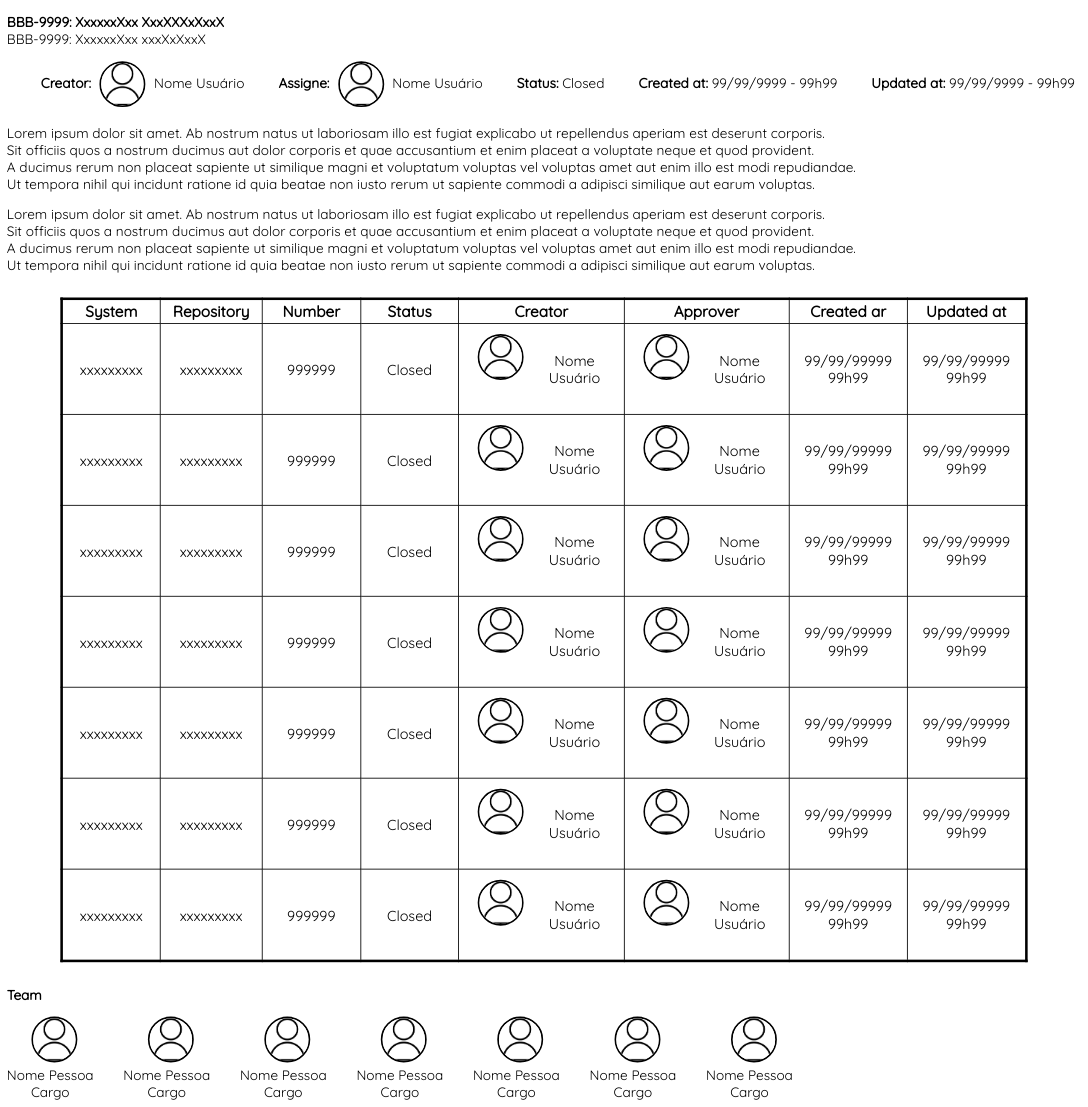
Repository: AnaBerlanda/PaginaFer
Page: index.html
The author's editor kept a copy of each file at every save. The page is drawn from the files as they stood at one save, then again after the next save.
The browser window is 1280 px wide. The pictures show the whole page, at 85% of full size.
Some web fonts or font styles are not loaded; a fallback is used.

Above is the page before, as saved 2022-05-24 14:37:20.

After the next save:
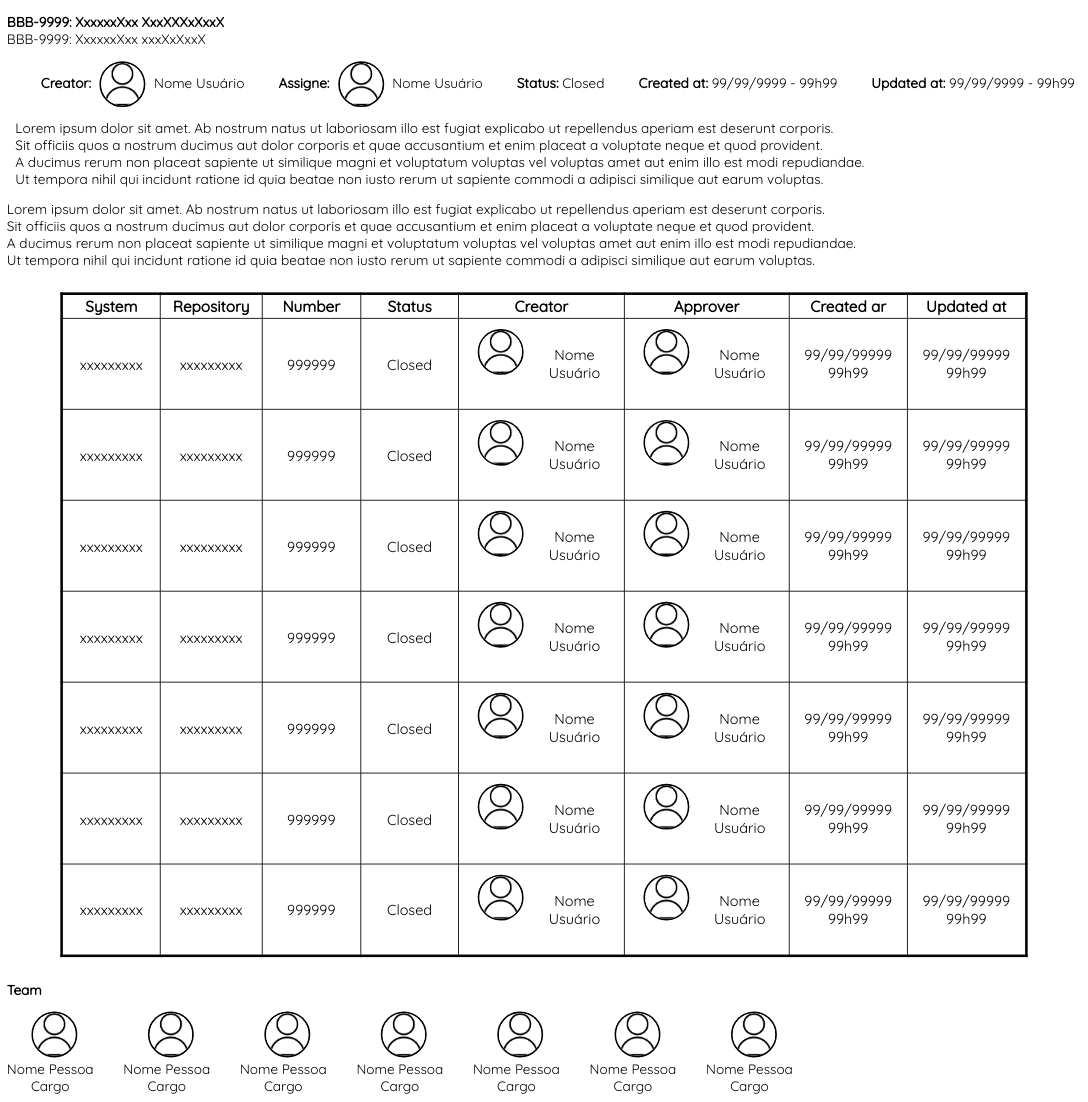
Saved 5 min 31 s later.
--- a/index.html
+++ b/index.html
@@ -41,7 +41,7 @@
             <p class="sub-titulos"><strong>Updated at:</strong> 99/99/9999 - 99h99</p>
         </div>
     </div>
-    <p>
+    <p class="texto-inicial">
         Lorem ipsum dolor sit amet. Ab nostrum natus ut laboriosam illo est fugiat explicabo ut repellendus aperiam est deserunt corporis.<br> Sit officiis quos a nostrum ducimus aut dolor corporis et quae accusantium et enim placeat a voluptate neque et quod provident.<br> A ducimus rerum non placeat sapiente ut similique magni et voluptatum voluptas vel voluptas amet aut enim illo est modi repudiandae.<br> Ut tempora nihil qui incidunt ratione id quia beatae non iusto rerum ut sapiente commodi a adipisci similique aut earum voluptas.
     </p>
     <p>
